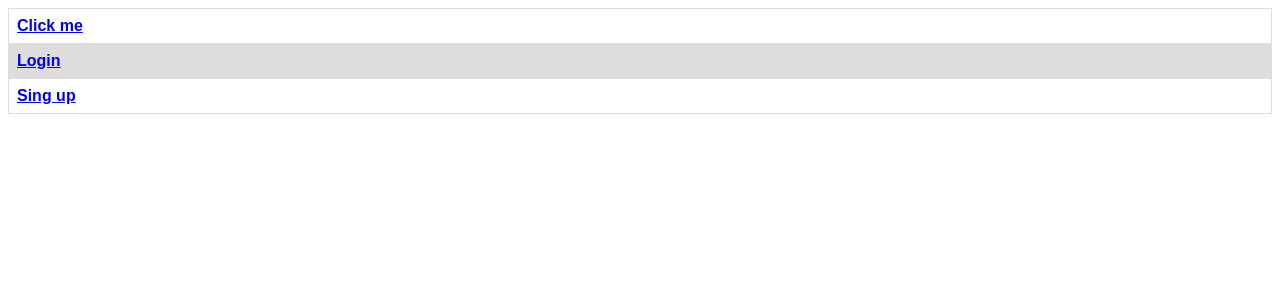
Repository: akki1071993/JavaServlet
Page: HttpServletFilterDemo/src/main/webapp/index.html
An editor plug-in stored every save of this project. The page is shown before and after the next save, followed by the edit.
The browser window is 1280 px wide. The pictures show the whole page.

Above is the page before, as saved 2022-06-15 09:48:59.

### HttpServletFilterDemo/src/main/webapp/index.html
<!DOCTYPE html>
<html>
<head>
<meta charset="ISO-8859-1">
<title>Insert title here</title>

<link rel="stylesheet" href="table.css">

</head>
<body>
	<table>
		<tr>
			<th><a href="done">Click me</a></th>
		</tr>
		<tr>
			<th><a href="login.html">Login</a></th>
		</tr>
		<tr>
			<th><a href="register.html">Sing up</a></th>
		</tr>
	</table>





</body>
</html>

### HttpServletFilterDemo/src/main/webapp/table.css
@charset "ISO-8859-1";

table {
  font-family: arial, sans-serif;
  border-collapse: collapse;
  width: 100%;
}

td, th {
  border: 1px solid #dddddd;
  text-align: left;
  padding: 8px;
}

tr:nth-child(even) {
  background-color: #dddddd;
}

After the next save:
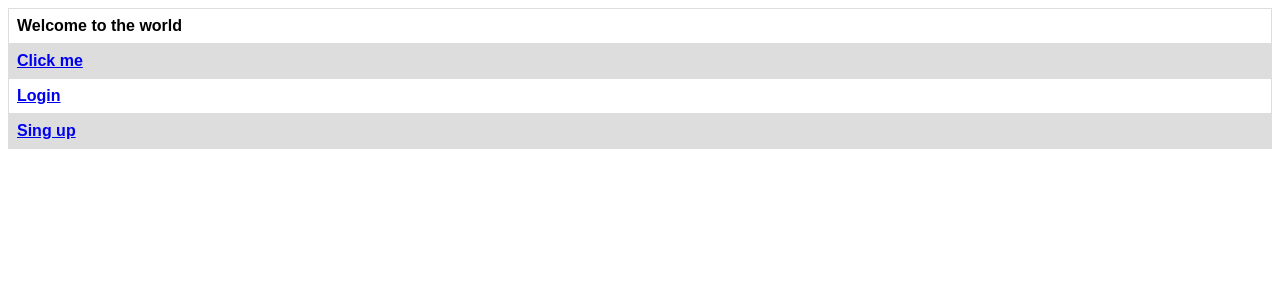
Saved 87 s later.
--- a/HttpServletFilterDemo/src/main/webapp/index.html
+++ b/HttpServletFilterDemo/src/main/webapp/index.html
@@ -9,6 +9,9 @@
 </head>
 <body>
 	<table>
+		<tr>
+			<th colspan="1"> Welcome to the world</th>
+		</tr>
 		<tr>
 			<th><a href="done">Click me</a></th>
 		</tr>
